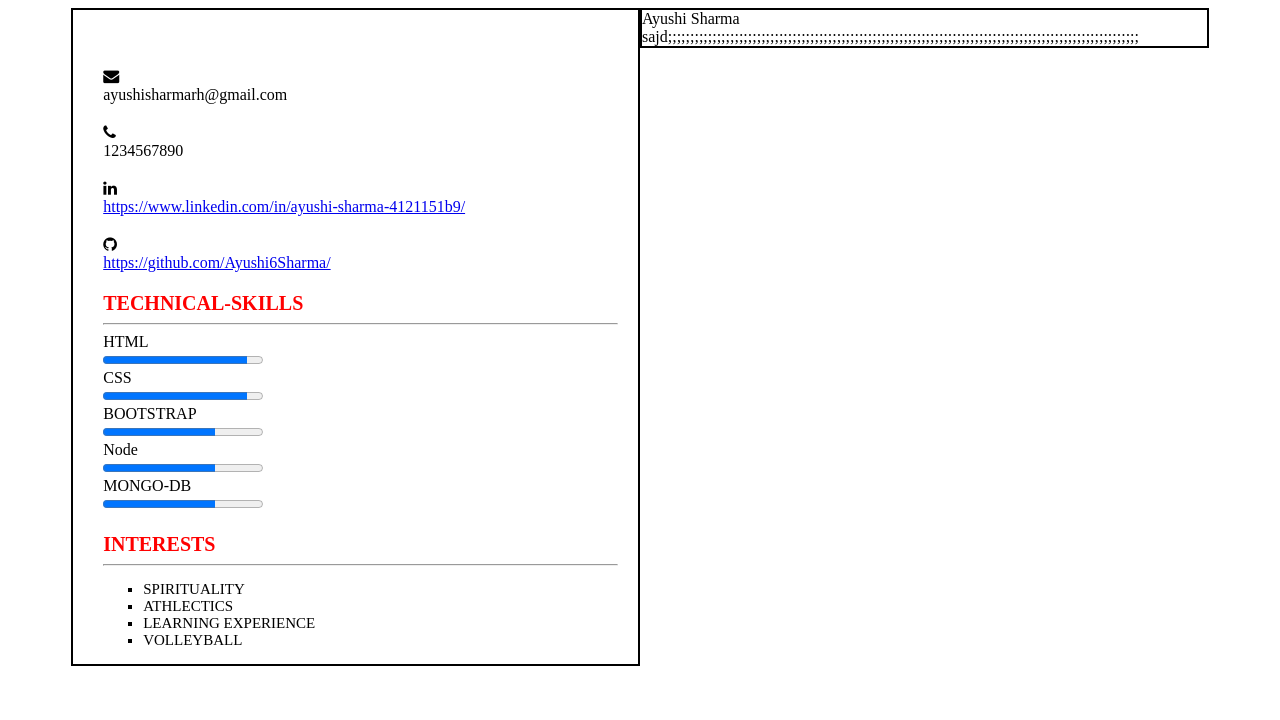
Repository: Ayushi6Sharma/Resume
Page: index.html
The author's editor kept a copy of each file at every save. The page is drawn from the files as they stood at one save, then again after the next save.
The browser window is 1280 px wide. The pictures show the whole page.

Above is the page before, as saved 2022-05-04 00:28:20.

After the next save:
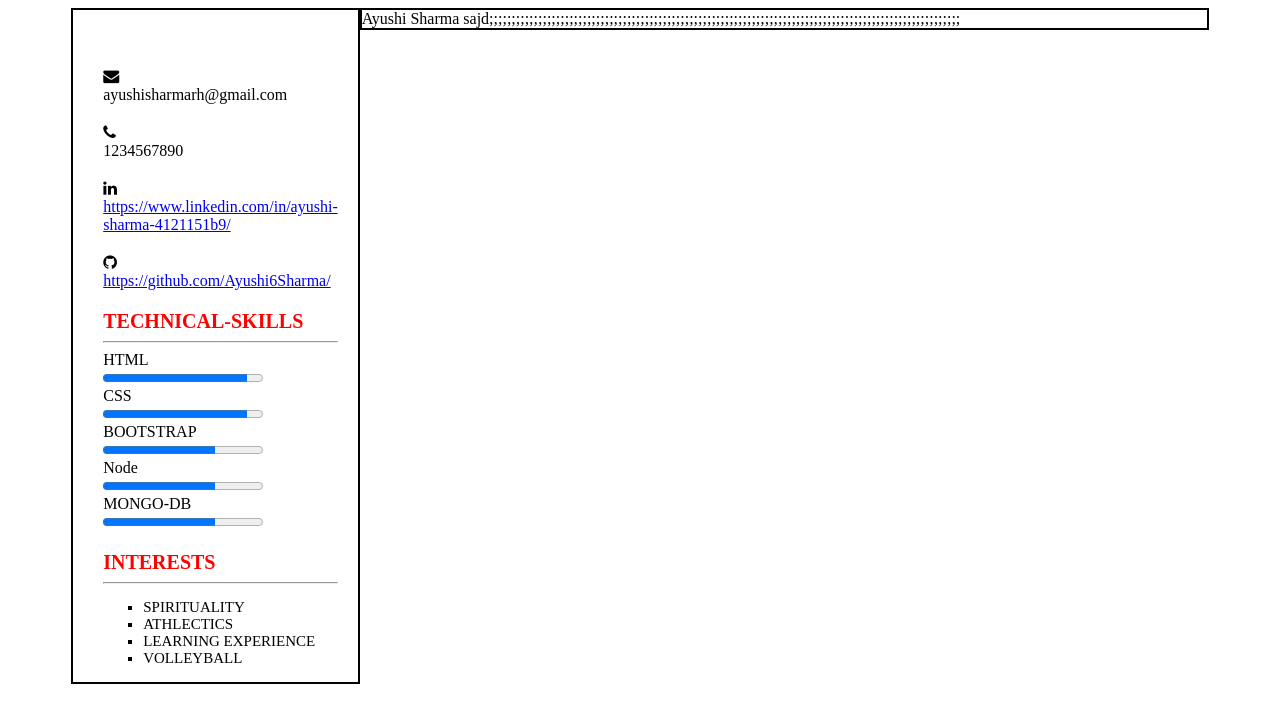
Saved 4 s later.
--- a/style.css
+++ b/style.css
@@ -2,7 +2,7 @@
 .main-content
 {
     display: grid;
-    grid-template-columns:1fr 1fr;
+    grid-template-columns:1fr 3fr;
     width:90%;
     margin: auto;
 }
